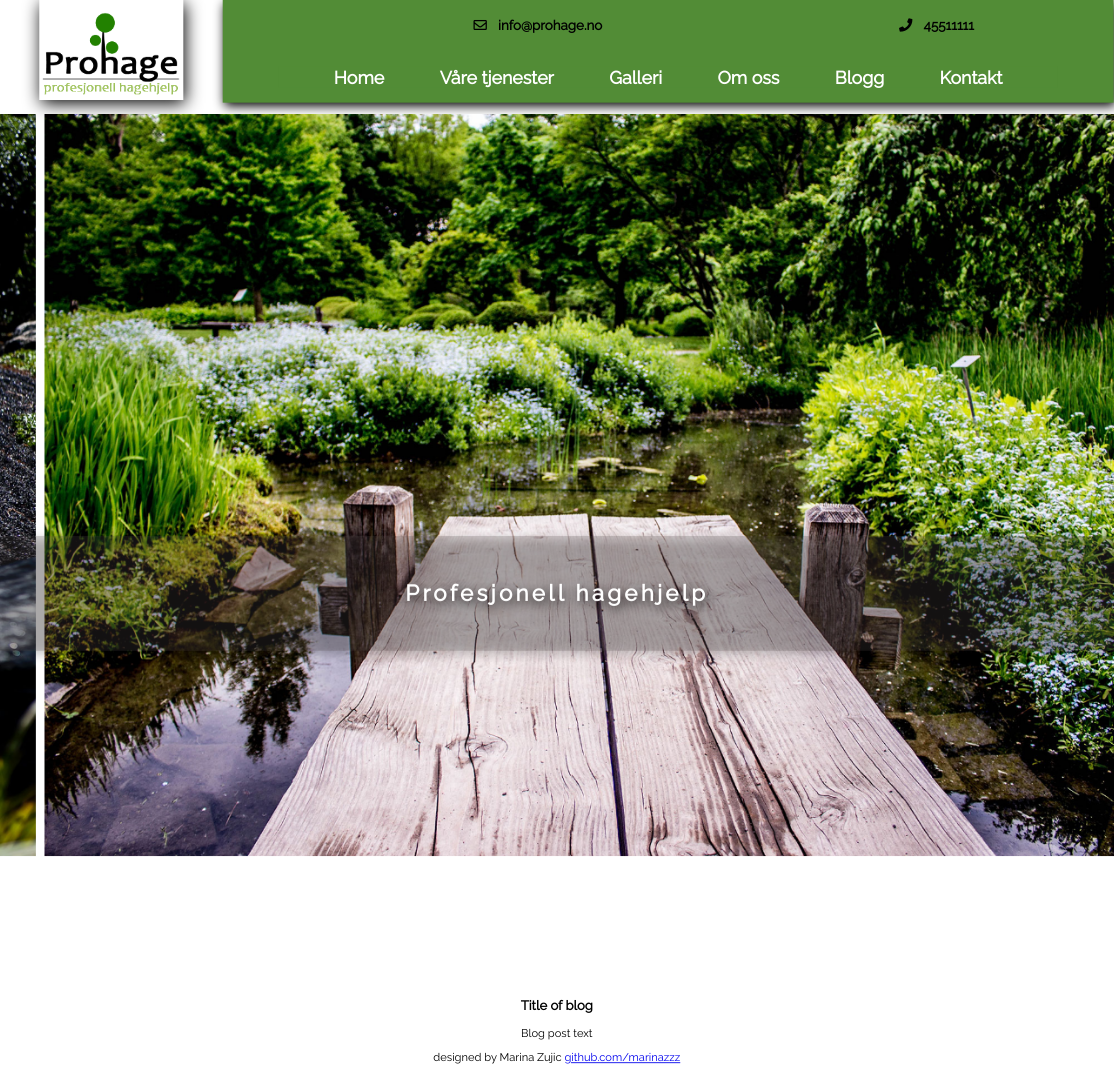
Repository: marinazzz/garden-design-website
Page: Garden design website/index.html
The author's editor kept a copy of each file at every save. The page is drawn from the files as they stood at one save, then again after the next save.
The browser window is 1280 px wide. The pictures show the whole page, at 87% of full size.

Above is the page before, as saved 2020-03-28 21:09:54.

### Garden design website/index.html
<!DOCTYPE html>
<html lang="nb">
<head>
    <title>Hagedesign Oslo</title>
    <link rel="stylesheet" type="text/css" href="CSS/fontawesome-free-5.12.1-web/css/all.min.css">
    <link rel="stylesheet" type="text/css" href="CSS/style.css"/>
    <link rel="stylesheet" type="text/css" href="CSS/min-width-768px.css">
    <link rel="stylesheet" type="text/css" href="CSS/min-width-992px.css">
    <link rel="stylesheet" href="https://cdnjs.cloudflare.com/ajax/libs/animate.css/3.7.2/animate.min.css">
    <link rel="stylesheet" type="text/css" href="PLUGINS/glide-master/dist/css/glide.core.min.css" />
    <link rel="stylesheet" type="text/css" href="PLUGINS/glide-master/dist/css/glide.theme.min.css" />
    <link href="https://fonts.googleapis.com/css?family=Raleway&display=swap" rel="stylesheet">
    <meta name="viewport" content="width=device-width, initial-scale=1" charset="UTF-8">
</head>
<body>
    <header class="header--white-green">
        <div class="container__menu--small container__menu "> <!--grid container-->
            <div class="container__logo"> <!--1.column-->
                <img class="logo"src="images/prohage black.png" alt="Prohage logo">
            </div>
            <div class="container__items--small container__items"> <!--2.column-->
                <div class="container__item"> <!--1.row-->
                     <a href="mailto:info@prohage.no"
                         class ="container__item-txt"><i class="far fa-envelope"></i>info@prohage.no</a>
                     <a href="tlf:45511111"
                         class="container__item-txt"><i class="fas fa-phone"></i>45511111</a>
                </div>
               <div class="container__item-bottom"> <!--2.row-->
                   <button class="menu__toggle">
                       <i class="fas fa-bars"></i>
                   </button>
                   <nav id="menu">
                        <ul class="menu__list">
                            <li class="menu__item">
                                <a class="menu__link" href="home">Home</a>
                            </li>
                            <li class="menu__item">
                                <a class="menu__link" href="#services">Våre tjenester</a>
                            </li>
                            <li class="menu__item">
                                <a class="menu__link" href="#gallery">Galleri</a>
                            </li>
                            <li class="menu__item">
                                <a class="menu__link" href="#about">Om oss</a>
                            </li>
                            <li class="menu__item">
                                <a class="menu__link" href="#blog">Blogg</a>
                            </li>
                            <li class="menu__item">
                                <a class="menu__link" href="kontakt">Kontakt</a>
                            </li>
                       </ul>
                   </nav>
               </div>
            </div>
        </div>
        <section id="main-photo">
            <div class="glide">
                <div class="glide__track"
                     data-glide-el="track">
                    <ul class="glide__slides">
                        <li class="glide__slide">
                            <img class="main-photo__item"
                            srcset="images/daylight-environment-garden-2000.jpg 2000w,
                                    images/daylight-environment-garden-1000.jpg 1000w"
                            sizes="(min-width: 1440px) 2000px, 100vw"
                            src="images/daylight-environment-garden-2000.jpg" alt="Garden and plants" >
                        </li>
                        <li class="glide__slide">
                            <img class="main-photo__item"
                            srcset="images/main-header-photo-2000.jpg 2000w,
                                    images/main-header-photo-1000.jpg 1000w"
                                    sizes="(min-width: 1440px) 2000px, 100vw"
                                    src="images/main-header-photo-2000.jpg" alt="Garden and plants" >
                                </li>
                        <li class="glide__slide">
                            <img class="main-photo__item"
                            srcset="images/header-photo-2000.jpg 2000w,
                                    images/header-photo-1000.jpg 1000w"
                            sizes="(min-width: 1440px) 2000px, 100vw"
                            src="images/header-photo-2000.jpg" alt="Garden designed by proffesional" >
                        </li>
                        <li class="glide__slide">
                            <img class="main-photo__item"
                            srcset="images/bloom-blooming-blur-2000.jpg 2000w,
                                    images/bloom-blooming-blur-1000.jpg 1000w"
                            sizes="(min-width: 1440px) 2000px, 100vw"
                            src="images/bloom-blooming-blur-2000.jpg" alt="Garden designed by proffesional" >
                        </li>
                    </ul>
                    <h1 class="animated slideInLeft slower main-photo__title">Profesjonell hagehjelp</h1>
                </div>
                <!--<div class="glide__arrows"
                         data-glide-el="controls">
                        <button class="glide__arrow glide__arrow--left"
                                data-glide-dir="<">
                            <i class="fas fa-chevron-circle-left"></i>
                        </button>
                        <button class="glide__arrow glide__arrow--right"
                                data-glide-dir=">">
                            <i class="fas fa-chevron-circle-right"></i>
                        </button>
                    </div>-->
            </div>

            <!--<img class="main-photo__item1"
                 srcset="images/architecture-clouds-daylight-2000.jpg 2000w,
                         images/architecture-clouds-daylight-1000.jpg 1000w"
                 sizes="(min-width: 1440px) 2000px, 100vw"
                 src="images/architecture-clouds-daylight-2000.jpg" alt="Garden">
            <img class="main-photo__item2"
                 srcset="images/header-photo-2000.jpg 2000w,
                         images/header-photo-1000.jpg 1000w"
                 sizes="(min-width: 1440px) 2000px, 100vw"
                 src="images/header-photo-2000.jpg" alt="Garden designed by proffesional" >
            <img class="main-photo__item3"
                 srcset="images/main-header-photo-2000.jpg 2000w,
                         images/main-header-photo-1000.jpg 1000w"
                 sizes="(min-width: 1440px) 2000px, 100vw"
                 src="images/main-header-photo-2000.jpg" alt="Garden and plants" >
            <h1 class="main-photo__title">Profesjonell hagehjelp</h1>-->
        </section>
     </header>
     <main>
         <section id="services">

         </section>
         <section id="gallery">

        </section>
         <article id="blog-posts">
             <h3>Title of blog</h2>
             <p>Blog post text</p>
         </article>
         <section id="about oss">

        </section>
     </main>
     <footer>
	     <p>designed by Marina Zujic
		     <a href="https://github.com/marinazzz">github.com/marinazzz</a>
	     </p>
     </footer>
     <script src="PLUGINS/glide-master/dist/glide.min.js"></script>
     <script>
        new Glide('.glide', {
            type: 'carousel',
            autoplay: true,
            hoverpause: false,
            perView: 1,
            animationDuration: 8000
        }).mount()
      </script>
     <script src="JS/js-app.js"></script>
</body>
</html>

### Garden design website/CSS/style.css
html {
  font-size: 62.5%;
}

body {
  margin: 0;
  padding: 0;
  text-align: center;
  box-sizing: border-box;
  font-family: 'Raleway', sans-serif;
}

       /*__ HEADER__ */

/*color styles*/
.header--white-green {
  --header-bg-color: #528C36;
  --header-link-color: black;
  --header-menu-link: #fff;
  --header-toggle-color: #528C36;
}

/*main style*/
.container__menu--small {
  display: flex;
  justify-content: space-around;
}

.logo {
  max-height: 8rem;
  background: white;
  filter: drop-shadow(2px 4px 10px black);
}

.container__items--small {
  display: grid;
  grid-template-rows: 1fr 1fr;
  align-content: flex-end;
  width: 250px;
}

.container__item {
  align-self: center;
}

.container__item, .container__item-bottom {
  text-align: end;
}

.container__item-txt {
  color: var(--header-link-color);
  text-decoration: none;
  font-size: 1.2rem;
}

.container__item > a:first-of-type {
  padding-right: 1.6rem;
}

.container__item-bottom > nav {
  text-align: center;
}

.menu__toggle {
  color: var(--header-bg-color);
  box-sizing: border-box;
  border: none;
  background-color: transparent;
  outline: none;
  font-size: 3rem;
  line-height: 0;
  padding: 0.5rem;
  color: var(--header-toggle-color);
  position: relative;
  z-index: 100;
}

.fa-phone, .fa-envelope {
  margin-right: 1rem;
}


/* MENU */

#menu {
  position: absolute;
  top: auto;
  left: 0;
  width: 100%;
  padding-top: 1rem;
  background-color: var(--header-bg-color);
  z-index: 20;
}

.menu__list {
  padding: 0;
  margin: 0;
  display: flex;
  flex-direction: column;
}

.menu__item {
  display: block;
  margin-bottom: 1rem;
}

.menu__link {
  color: var(--header-menu-link);
  text-decoration: none;
  font-size: 1.6rem;
}

.menu-opened {
  display: none;
}


/*FOR SMALL DEVICES*/

@media screen and (max-width: 420px) {

  .logo {
    max-height: 7rem;
  }

  .container__items--small {
    width: auto;
    align-self: center;
  }

  .container__item > a:first-of-type {
    padding-right: 1.3rem;
  }

  .container__item {
    text-align: center;
  }

  .fa-phone, .fa-envelope {
    margin-right: 0.3rem;
  }
}

/* MAIN PICTURE */

#main-photo {
  position: relative;
}

.main-photo__item {
   width: 100%;
}

/* GLIDE SLIDER CSS OVERRIDES */
#main-photo .glide__arrow  {
  font-size: 4rem;
  padding: 0;
  border-color: transparent;
  box-shadow: none;
  border-radius: 50%;
  line-height: 0;
  transition: all 200ms ease-in-out;
}

#main-photo .glide__arrow:hover {
  border-color: #252525;
  color: #252525;
}

.main-photo__title {
  position: relative;
  color: white;
  background-color:#524a4a3b;
  filter: drop-shadow(2px 4px 6px black);
  padding: 4rem;
  margin: auto;
  bottom: 22rem;
  font-size: 1.5rem;
  letter-spacing: 0.2rem;
  animation-duration: 10s;
  animation-iteration-count: initial;
}

/*#main-photo {
  position: relative;
}

.main-photo__item {
   width: 100%;
}

.main-photo__title {
  position: absolute;
  bottom: 1rem;
  left: 20rem;
  font-size: 2rem;
}*/



/*1. COLOR OPTION*/
/* CSS variables*/
/* :root {
  --header-bg-color: #4daa57;
  --header-top-bg-color: #252525;
  --header-toggle-color: #fff;
}*/

/*.top-header__item {
  color: var(--header-link-color);
  text-decoration: none;
  font-size: 1.4rem;
}*/


/*------MAIN----------*/

### Garden design website/CSS/min-width-768px.css
@media screen and (min-width: 768px) {

  html {
    font-size: 70%;
  }

   /* HEADER */

   .container__menu {
    display: grid;
    grid-template-columns: 2fr 80%;;
  }

  .logo {
    z-index: 100;
  }

  .container__items {
    display: grid;
    grid-template-rows: 1fr 1fr;
    background: var(--header-bg-color);
    width: auto;
    filter: drop-shadow(2px 4px 6px black);
  }

  .container__item {
    align-self: center;
    display: flex;
    justify-content: space-around;
    /*padding-left: 23rem;*/
  }

  .container__item-bottom {
    display: flex;
    align-items: center;
  }

  .menu__toggle {
    display: none;
  }

  /* NAVIGATION */

  .menu-opened .menu__item .menu__link {
    display: block;
  }

  #menu {
    display: block;
    position: static;
    padding: 0;
    top: 0;
  }

  .menu__list {
    flex-direction: row;
    justify-content: space-evenly;
  }

  .menu__item {
    margin: 0;
  }

  .menu__item:hover {
    background-color:#272727;
  }

  .menu__link:active {
    color:black;
  }

  .menu__link, .container__item-txt {
    font-weight: bold;
  }


  /* color styles */

  :root {
    /*header*/
    --header-bg-color:#528C36;
    --link-color: #FCFDF9;
  }

  /* MAIN PHOTO */

  .main-photo__title {
    bottom: 30rem;
    font-size: 2rem;
    letter-spacing: 0.3rem;
}

}

### Garden design website/CSS/min-width-992px.css
@media screen and (min-width: 992px) {
    html {
        font-size: 80%;
    }

   /* HEADER */

    .logo {
        max-height: 9rem;
    }

    .container__item {
        padding-left: 10rem;
    }

    .container__item-bottom {
        padding: 0 5rem;
    }
}

@media screen and (min-width: 1440px) {

    /* HEADER */

    .container__item {
        padding-left: 22rem;
    }

    /* MAIN PHOTO */

    .main-photo__title {
        bottom: 50rem;
        font-size: 3rem;
        letter-spacing: 0.5rem;
    }
}

@media screen and (min-width: 2560px) {

    .logo {
        max-height: 12rem;
    }

    .container__item {
        justify-self: center;
    }

    .container__item > a:first-of-type {
        padding: 0 13rem;
    }

    .container__item-bottom {
        padding: 0 40rem;
    }
}

### Garden design website/JS/js-app.js
let mainNav = document.getElementById("menu");

let navBarToggle = document.querySelector(".menu__toggle");

navBarToggle.addEventListener("click", function () {

    mainNav.classList.toggle("menu-opened");
});

Loaded but not shown: Garden design website/CSS/fontawesome-free-5.12.1-web/css/all.min.css (library); Garden design website/PLUGINS/glide-master/dist/css/glide.core.min.css (common file); Garden design website/PLUGINS/glide-master/dist/css/glide.theme.min.css (common file); Garden design website/PLUGINS/glide-master/dist/glide.min.js (library)

After the next save:
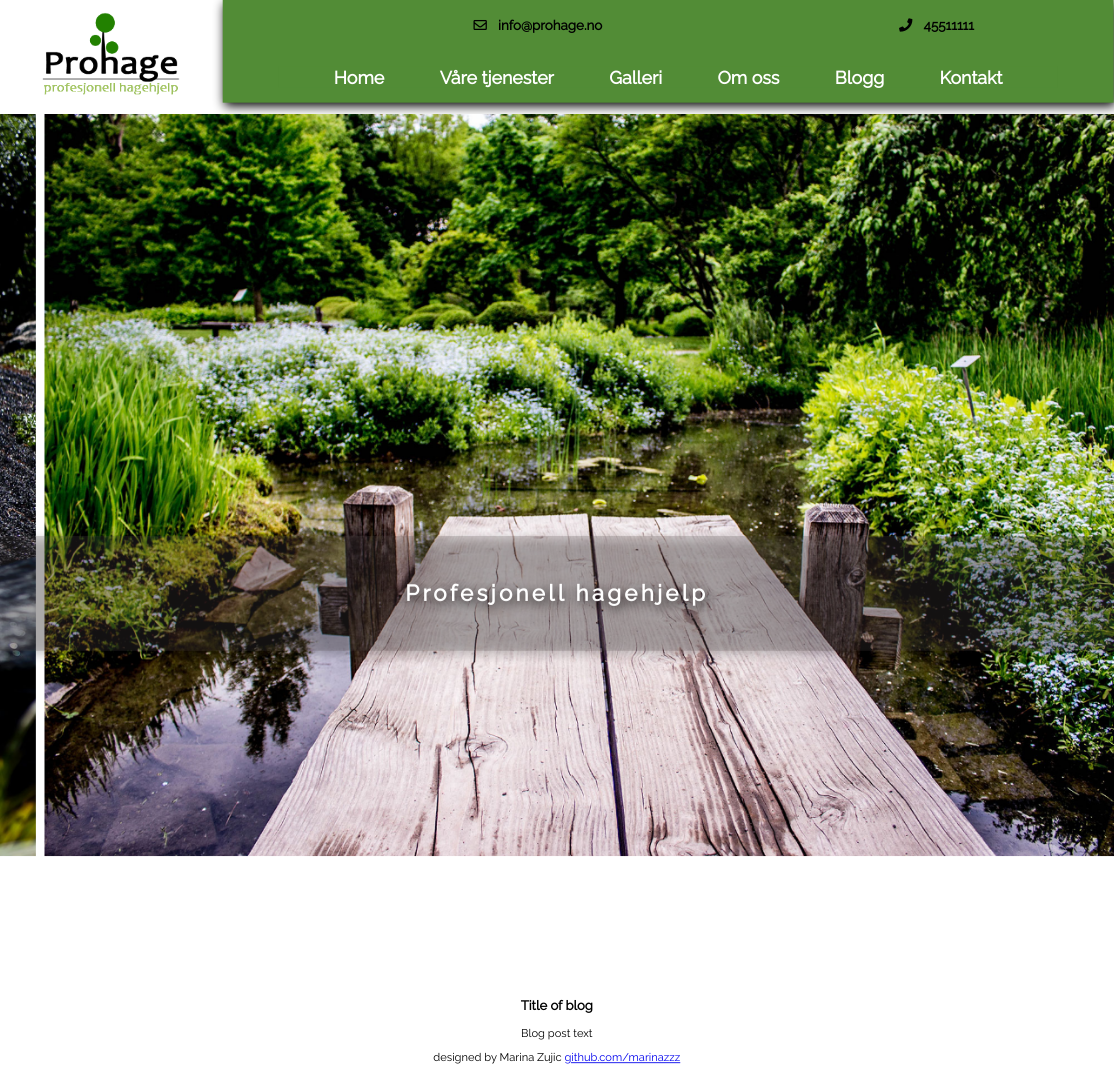
Saved 12 h 57 min later.
--- a/Garden design website/CSS/style.css
+++ b/Garden design website/CSS/style.css
@@ -29,7 +29,6 @@ body {
 .logo {
   max-height: 8rem;
   background: white;
-  filter: drop-shadow(2px 4px 10px black);
 }
 
 .container__items--small {
